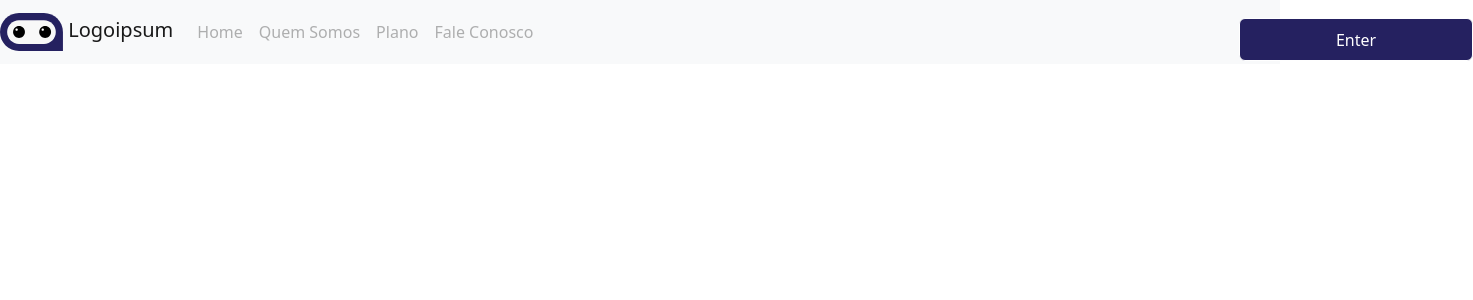
Repository: Williamlmachado/Desafio-Landing-page
Page: index.html
These files come from the project's save history. The page is drawn as it stood at one moment and after the next save; the edit follows.
The browser window is 1280 px wide. The page is 1473 px wide, so the pictures cover 1473 px, including what lies to the right of the window. The pictures show the whole page.

Above is the page before, as saved 2021-11-06 15:10:57.

### index.html
<!DOCTYPE html>
<html lang="en">

<head>
  <meta charset="UTF-8">
  <meta http-equiv="X-UA-Compatible" content="IE=edge">
  <meta name="viewport" content="width=device-width, initial-scale=1.0">
  <link href="https://cdn.jsdelivr.net/npm/bootstrap@5.1.3/dist/css/bootstrap.min.css" rel="stylesheet"
    integrity="sha384-1BmE4kWBq78iYhFldvKuhfTAU6auU8tT94WrHftjDbrCEXSU1oBoqyl2QvZ6jIW3" crossorigin="anonymous">
  <link rel="stylesheet" href="style.css">
  <script src="https://cdn.jsdelivr.net/npm/bootstrap@5.1.3/dist/js/bootstrap.bundle.min.js"
    integrity="sha384-ka7Sk0Gln4gmtz2MlQnikT1wXgYsOg+OMhuP+IlRH9sENBO0LRn5q+8nbTov4+1p"
    crossorigin="anonymous"></script>
  <title>Document</title>

<body>
  <nav class="navbar navbar-expand-lg navbar-light bg-light">
    <a class="navbar-brand" href="#">
      <img src="img/Group 54.svg" alt="logo">    Logoipsum
    </a>
    <button class="navbar-toggler" type="button" data-toggle="collapse" data-target="#navbarNav" aria-controls="navbarNav" aria-expanded="false" aria-label="Toggle navigation">
      <span class="navbar-toggler-icon"></span>
    </button>
    <nav>
    <div class="collapse navbar-collapse" id="navbarNav">
      <ul class="navbar-nav">
      <nav class="navbar-nav ml-auto">
        <li class="nav-item-right">
          <a class="nav-link disabled" href="#">Home <span class="sr-only"></span></a>
        </li>
        <li class="nav-item-right">
          <a class="nav-link disabled" href="#">Quem Somos</a>
        </li>
        <li class="nav-item-right">
          <a class="nav-link disabled" href="#">Plano</a>
        </li>
        <li class="nav-item-right">
          <a class="nav-link disabled" href="#">Fale Conosco</a>
        </li>
          <button class="nav-button" type="button">Enter</button>
      </nav>
      </ul>
    </div>
  </nav>
  <header>

  </header>
</body>
</head>

<body>

</body>

</html>

### style.css

.nav-button{
    display: flex;
    flex-direction: row;
    justify-content: center;
    align-items: center;
    padding: 15px 116px;

    position: absolute;
    width: 133px;
    height: 43px;
    left: 1239px;
    top: 18px;

    /* Primary */
    background: #252160;

    /* Branco */
    border: 1px solid #FFFFFF;
    box-sizing: border-box;
    border-radius: 6px;
    color: #FFFFFF;
}

.nav-home{
    position: absolute;
    width: 46px;
    height: 22px;
    left: 5px;
    top: 0px;

    font-family: Inter;
    font-style: normal;
    font-weight: bold;
    font-size: 16px;
    line-height: 22px;

    /* identical to box height, or 137% */

    /* Primary */
    color: #252160;
}

.navbrad-brand{
    position: absolute;
    left: 58.02%;
    right: 35.2%;
    top: 34.99%;
    bottom: 29.03%;

    /* Primary */
    background: #252160;
}

.nav-item-right{
    display: inline;
}

After the next save:
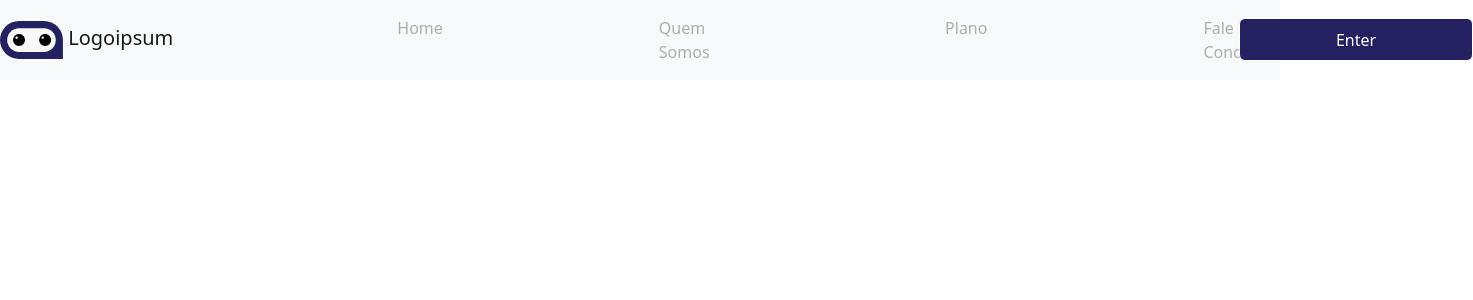
Saved 26 s later.
--- a/style.css
+++ b/style.css
@@ -53,5 +53,5 @@
 }
 
 .nav-item-right{
-    display: inline;
+    margin-left: 200px;
 }

After the save that followed:
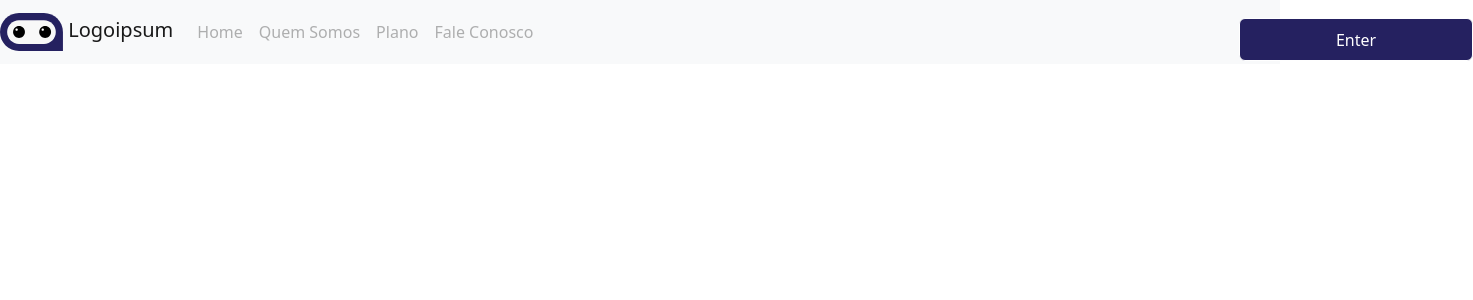
Saved 26 s later.
--- a/style.css
+++ b/style.css
@@ -53,5 +53,5 @@
 }
 
 .nav-item-right{
-    margin-left: 200px;
+    margin-block-end: auto;
 }
